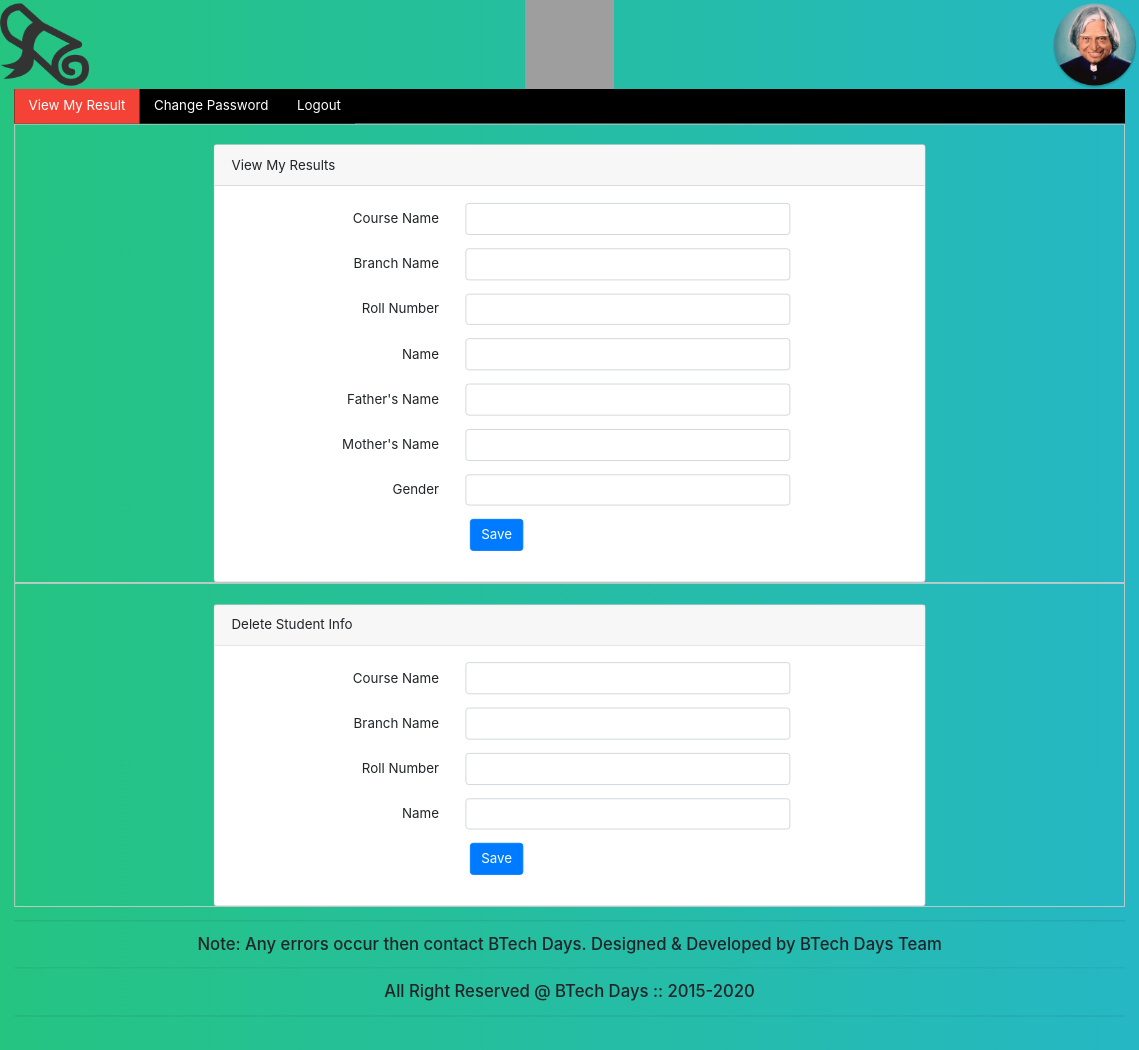
Repository: AlkaDas991/Dbms
Page: http://localhost/Student_Record_Management/studentHome.jsp
These files come from the project's save history. The page is drawn as it stood at one moment and after the next save; the edit follows.
The browser window is 1280 px wide. The pictures show the whole page, at 89% of full size.
Pictures or frames that could not be fetched are drawn as grey boxes. Some web fonts or font styles are not loaded; a fallback is used. Some web libraries are served in a nearby version. The page is served by Tomcat 9. Other server files are loaded and not shown. Queries for data that is not in the repository find no rows.

Above is the page before, as saved 2021-03-12 18:45:15.
Console error: TypeError: Cannot read properties of undefined (reading 'fn')

### Student Record Management/WebContent/studentHome.jsp
<%@include file="header.html"%>
<!DOCTYPE html>
<html>
<title>IIIT,BBSR</title>
<body>
<img src="logo.png"  align="left"width="100" height="100">
<center><img src="ng" width="100" height="100" position="absolute";
  clip = "rect(0px,60px,200px,0px)">
<img src="apj sir.png" align="right"  width="100" height="100"></center>
<div class="w3-container">
  <div class="w3-bar w3-black">
    <button class="w3-bar-item w3-button tablink w3-red" onclick="openCity(event,'London')">View My Result</button>
    <button class="w3-bar-item w3-button tablink" onclick="openCity(event,'Paris')">Change Password</button>
     <a href="dgiOneView.jsp" class="w3-bar-item w3-button tablink">Logout</a>
  </div>

  <div id="London" class="w3-container w3-border city">
  <br>
   <link href="//maxcdn.bootstrapcdn.com/bootstrap/4.1.1/css/bootstrap.min.css" rel="stylesheet" id="bootstrap-css">
<script src="//maxcdn.bootstrapcdn.com/bootstrap/4.1.1/js/bootstrap.min.js"></script>
<script src="//cdnjs.cloudflare.com/ajax/libs/jquery/3.2.1/jquery.min.js"></script>
<!------ Alright Include the above in your HEAD tag ---------->

<!doctype html>
<html lang="en">
<head>
    <!--OK Required meta tags -->
    <meta charset="utf-8">
    <meta name="viewport" content="width=device-width, initial-scale=1, shrink-to-fit=no">

    <!-- Fonts -->
    <link rel="dns-prefetch" href="https://fonts.gstatic.com">
    <link href="https://fonts.googleapis.com/css?family=Raleway:300,400,600" rel="stylesheet" type="text/css">



    <link rel="icon" href="Favicon.png">

    <!-- Bootstrap CSS -->
    <link rel="stylesheet" href="https://stackpath.bootstrapcdn.com/bootstrap/4.1.3/css/bootstrap.min.css">
</head>
<body>
<main class="my-form">
    <div class="cotainer">
        <div class="row justify-content-center">
            <div class="col-md-8">
                    <div class="card">
                        <div class="card-header">View My Results</div>
                        <div class="card-body">
                            <form name="my-form" onsubmit="return validform()" action="eachResult.jsp" method="post">
                                <div class="form-group row">
                                    <label for="full_name" class="col-md-4 col-form-label text-md-right">Course Name</label>
                                    <div class="col-md-6">
                                        <input type="text"  class="form-control" name="course">
                                    </div>
                                </div>

                                <div class="form-group row">
                                    <label for="email_address" class="col-md-4 col-form-label text-md-right">Branch Name</label>
                                    <div class="col-md-6">
                                        <input type="text"  class="form-control" name="branch">
                                    </div>
                                </div>

                                <div class="form-group row">
                                    <label for="user_name" class="col-md-4 col-form-label text-md-right">Roll Number</label>
                                    <div class="col-md-6">
                                        <input type="text" class="form-control" name="rollNo">
                                    </div>
                                </div>

                                <div class="form-group row">
                                    <label for="phone_number" class="col-md-4 col-form-label text-md-right">Name</label>
                                    <div class="col-md-6">
                                        <input type="text"  class="form-control" name="name">
                                    </div>
                                </div>

                                <div class="form-group row">
                                    <label for="present_address" class="col-md-4 col-form-label text-md-right">Father's Name</label>
                                    <div class="col-md-6">
                                        <input type="text"  class="form-control" name="fatherName">
                                    </div>
                                </div>

                                <div class="form-group row">
                                    <label for="present_address" class="col-md-4 col-form-label text-md-right">Mother's Name</label>
                                    <div class="col-md-6">
                                        <input type="text"  class="form-control" name="motherName">
                                    </div>
                                </div>

                                <div class="form-group row">
                                    <label for="permanent_address" class="col-md-4 col-form-label text-md-right">Gender</label>
                                    <div class="col-md-6">
                                        <input type="text" class="form-control" name="gender">
                                    </div>
                                </div>

                                    <div class="col-md-6 offset-md-4">
                                        <button type="submit" class="btn btn-primary">
                                        Save
                                        </button>
                                    </div>

                            </form>
                        </div>
                    </div>
            </div>
        </div>
    </div>
</main>

<script src="https://code.jquery.com/jquery-3.3.1.slim.min.js"></script>
<script src="https://cdnjs.cloudflare.com/ajax/libs/popper.js/1.14.3/umd/popper.min.js"></script>
<script src="https://stackpath.bootstrapcdn.com/bootstrap/4.1.3/js/bootstrap.min.js"></script>
</body>
  </div>
<!-- 2rd part -->
<div id="Beijing" class="w3-container w3-border city">
  <br>
   <link href="//maxcdn.bootstrapcdn.com/bootstrap/4.1.1/css/bootstrap.min.css" rel="stylesheet" id="bootstrap-css">
<script src="//maxcdn.bootstrapcdn.com/bootstrap/4.1.1/js/bootstrap.min.js"></script>
<script src="//cdnjs.cloudflare.com/ajax/libs/jquery/3.2.1/jquery.min.js"></script>
<!------ Alright Include the above in your HEAD tag ---------->

<!doctype html>
<html lang="en">
<head>
    <!--OK Required meta tags -->
    <meta charset="utf-8">
    <meta name="viewport" content="width=device-width, initial-scale=1, shrink-to-fit=no">

    <!-- Fonts -->
    <link rel="dns-prefetch" href="https://fonts.gstatic.com">
    <link href="https://fonts.googleapis.com/css?family=Raleway:300,400,600" rel="stylesheet" type="text/css">



    <link rel="icon" href="Favicon.png">

    <!-- Bootstrap CSS -->
    <link rel="stylesheet" href="https://stackpath.bootstrapcdn.com/bootstrap/4.1.3/css/bootstrap.min.css">
</head>
<body>
<main class="my-form">
    <div class="cotainer">
        <div class="row justify-content-center">
            <div class="col-md-8">
                    <div class="card">
                        <div class="card-header">Delete Student Info</div>
                        <div class="card-body">
                            <form name="my-form" onsubmit="return validform()" action="deleteStudent.jsp" method="post">
                                <div class="form-group row">
                                    <label for="full_name" class="col-md-4 col-form-label text-md-right">Course Name</label>
                                    <div class="col-md-6">
                                        <input type="text"  class="form-control" name="course">
                                    </div>
                                </div>

                                <div class="form-group row">
                                    <label for="email_address" class="col-md-4 col-form-label text-md-right">Branch Name</label>
                                    <div class="col-md-6">
                                        <input type="text"  class="form-control" name="branch">
                                    </div>
                                </div>

                                <div class="form-group row">
                                    <label for="user_name" class="col-md-4 col-form-label text-md-right">Roll Number</label>
                                    <div class="col-md-6">
                                        <input type="text" class="form-control" name="rollNo">
                                    </div>
                                </div>

                                <div class="form-group row">
                                    <label for="phone_number" class="col-md-4 col-form-label text-md-right">Name</label>
                                    <div class="col-md-6">
                                        <input type="text"  class="form-control" name="name">
                                    </div>
                                </div>

                                    <div class="col-md-6 offset-md-4">
                                        <button type="submit" class="btn btn-primary">
                                        Save
                                        </button>
                                    </div>

                            </form>
                        </div>
                    </div>
            </div>
        </div>
    </div>
</main>

<script src="https://code.jquery.com/jquery-3.3.1.slim.min.js"></script>
<script src="https://cdnjs.cloudflare.com/ajax/libs/popper.js/1.14.3/umd/popper.min.js"></script>
<script src="https://stackpath.bootstrapcdn.com/bootstrap/4.1.3/js/bootstrap.min.js"></script>
</body>
  </div>

  <div id="Paris" class="w3-container w3-border city" style="display:none">
  <br>
  <link href="//maxcdn.bootstrapcdn.com/bootstrap/4.1.1/css/bootstrap.min.css" rel="stylesheet" id="bootstrap-css">
<script src="//maxcdn.bootstrapcdn.com/bootstrap/4.1.1/js/bootstrap.min.js"></script>
<script src="//cdnjs.cloudflare.com/ajax/libs/jquery/3.2.1/jquery.min.js"></script>
<!------ Include the above in your HEAD tag ---------->

<!doctype html>
<html lang="en">
<head>
    <!-- Required meta tags -->
    <meta charset="utf-8">
    <meta name="viewport" content="width=device-width, initial-scale=1, shrink-to-fit=no">

    <!-- Fonts -->
    <link rel="dns-prefetch" href="https://fonts.gstatic.com">
    <link href="https://fonts.googleapis.com/css?family=Raleway:300,400,600" rel="stylesheet" type="text/css">



    <link rel="icon" href="Favicon.png">

    <!-- Bootstrap CSS -->
    <link rel="stylesheet" href="https://stackpath.bootstrapcdn.com/bootstrap/4.1.3/css/bootstrap.min.css">

</head>
<body>
<main class="my-form">
    <div class="cotainer">
        <div class="row justify-content-center">
            <div class="col-md-8">
                    <div class="card">
                        <div class="card-header">Insert New Result</div>
                        <div class="card-body">
                            <form name="my-form" onsubmit="return validform()" action="insertNewResult.jsp" method="">
                                <div class="form-group row">
                                    <label for="full_name" class="col-md-4 col-form-label text-md-right">Roll Number</label>
                                    <div class="col-md-6">
                                        <input type="text"class="form-control" name="rollNo">
                                    </div>
                                </div>

                                <div class="form-group row">
                                    <label for="email_address" class="col-md-4 col-form-label text-md-right">DAA</label>
                                    <div class="col-md-6">
                                        <input type="text"  class="form-control" name="DAA">
                                    </div>
                                </div>

                                <div class="form-group row">
                                    <label for="user_name" class="col-md-4 col-form-label text-md-right">DBMS</label>
                                    <div class="col-md-6">
                                        <input type="text"  class="form-control" name="DBMS">
                                    </div>
                                </div>

                                <div class="form-group row">
                                    <label for="phone_number" class="col-md-4 col-form-label text-md-right">COA</label>
                                    <div class="col-md-6">
                                        <input type="text"  class="form-control" name="COA">
                                    </div>
                                </div>

                                <div class="form-group row">
                                    <label for="present_address" class="col-md-4 col-form-label text-md-right">Discrete Maths</label>
                                    <div class="col-md-6">
                                        <input type="text"  class="form-control" name="DM">
                                    </div>
                                </div>

                                <div class="form-group row">
                                    <label for="permanent_address" class="col-md-4 col-form-label text-md-right">AMC</label>
                                    <div class="col-md-6">
                                        <input type="text"  class="form-control" name="AMC">
                                    </div>
                                </div>

                                 <div class="form-group row">
                                    <label for="permanent_address" class="col-md-4 col-form-label text-md-right">Communication Skills</label>
                                    <div class="col-md-6">
                                        <input type="text"  class="form-control" name="CS">
                                    </div>
                                </div>


                                    <div class="col-md-6 offset-md-4">
                                        <button type="submit" class="btn btn-primary">
                                       Save
                                        </button>
                                    </div>

                            </form>
                        </div>
                    </div>
            </div>
        </div>
        <br>
    </div>

</main>

<script src="https://code.jquery.com/jquery-3.3.1.slim.min.js"></script>
<script src="https://cdnjs.cloudflare.com/ajax/libs/popper.js/1.14.3/umd/popper.min.js"></script>
<script src="https://stackpath.bootstrapcdn.com/bootstrap/4.1.3/js/bootstrap.min.js"></script>
</body>
</html>
  </div>

  <div id="Tokyo" class="w3-container w3-border city" style="display:none">

<section>
  <!--for demo wrap-->
  <div class="tbl-header">
    <table cellpadding="0" cellspacing="0" border="0">
      <thead>
        <tr>
         <th>Course Name</th>
          <th>Branch Name</th>
          <th>Roll Number</th>
          <th>Name</th>
          <th>Father Name</th>
          <th>Gender</th>
        </tr>
      </thead>
    </table>
  </div>
  <div class="tbl-content">
    <table cellpadding="0" cellspacing="0" border="0">
      <tbody>
      	<%@page import = "Project.ConnectionProvider" %>
      	<%@page import = "java.sql.*" %>
      	<%
      		try{
      			Connection con = ConnectionProvider.getCon();
      			Statement st = con.createStatement();
      			ResultSet rs = st.executeQuery("select * from student");
      			while(rs.next()){

      	%>
        <tr>
        <!--get values from each column  -->
          <td><%=rs.getString(1)%></td>
          <td><%=rs.getString(2)%></td>
          <td><%=rs.getString(3)%></td>
          <td><%=rs.getString(4)%></td>
          <td><%=rs.getString(5)%></td>
          <td><%=rs.getString(6)%></td>
        </tr>
      </tbody>
      <%}}
      	catch(Exception e){

      	}
      %>
    </table>
  </div>
</section>
</div>
<div id="Tokyo1" class="w3-container w3-border city" style="display:none">

<section>
  <!--for demo wrap-->
  <div class="tbl-header">
    <table cellpadding="0" cellspacing="0" border="0">
      <thead>
        <tr>
          <th>Roll Number</th>
          <th>DAA</th>
          <th>DBMS</th>
          <th>COA</th>
          <th>DM</th>
          <th>AMC</th>
          <th>CS</th>
        </tr>
      </thead>
    </table>
  </div>
  <div class="tbl-content">
    <table cellpadding="0" cellspacing="0" border="0">
      <tbody>
      <%@page import = "Project.ConnectionProvider" %>
      <%@page import = "java.sql.*" %>
      <%
      	try{
      		Connection con = ConnectionProvider.getCon();
    		Statement st = con.createStatement();
    		ResultSet rs = st.executeQuery("select * from result");
      		while(rs.next()){
      %>
        <tr>
          <td><%=rs.getString(1)%></td>
          <td><%=rs.getString(2)%></td>
          <td><%=rs.getString(3)%></td>
          <td><%=rs.getString(4)%></td>
          <td><%=rs.getString(5)%></td>
          <td><%=rs.getString(6)%></td>
          <td><%=rs.getString(7)%></td>
        </tr>
      <%}}
      catch(Exception e){}
      %>
      </tbody>
    </table>
  </div>
</section>

</div>
    <hr class="new1">
 <center><h5>Note: Any errors occur then contact BTech Days.
Designed & Developed by BTech Days Team</h5></center>
  <hr class="new1">
<center><h5>All Right Reserved @ BTech Days :: 2015-2020</h5></center>
  <hr class="new1">
<br>
</body>
</html>

### Student Record Management/src/Project/ConnectionProvider.java
package Project;
import java.sql.*;
public class ConnectionProvider {
	public static Connection getCon() {
		try {
			Class.forName("oracle.jdbc.driver.OracleDriver");
			Connection con = DriverManager.getConnection("jdbc:oracle:thin:@localhost:1521:XE","system","manager");
			return con;
		}
		catch(Exception e){
			System.out.println(e);
			return null;
		}
	}
}

Loaded but not shown: Student Record Management/WebContent/header.html (355 lines, source omitted)

After the next save:
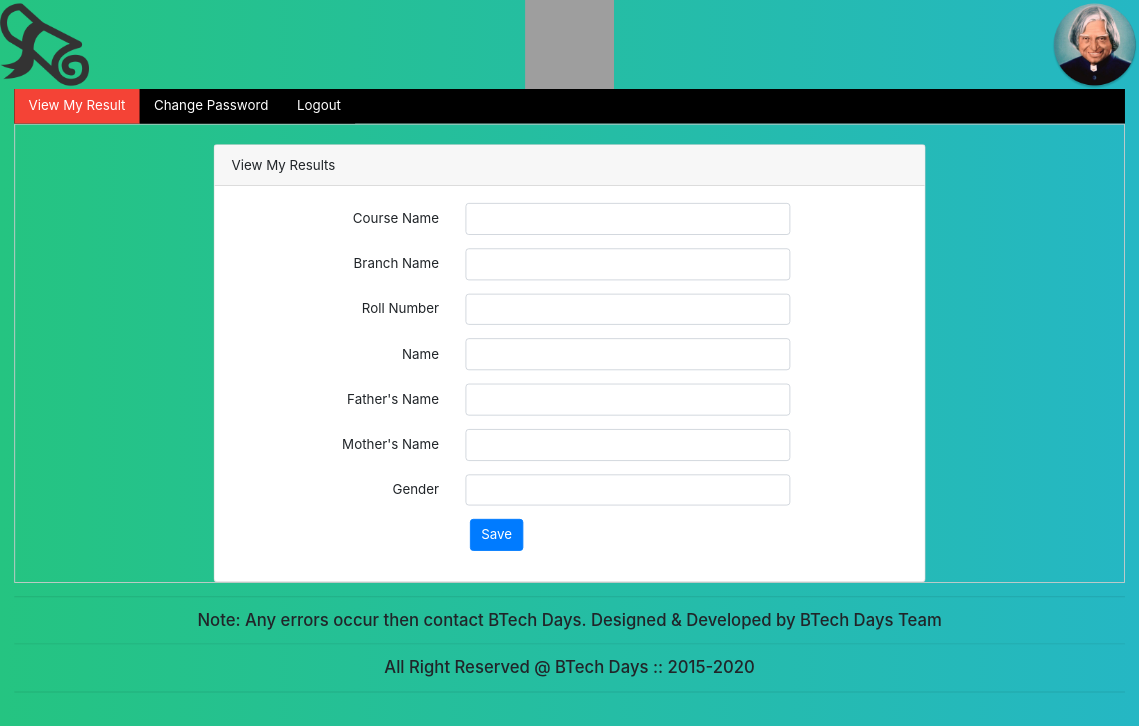
Saved 27 s later.
--- a/Student Record Management/WebContent/studentHome.jsp
+++ b/Student Record Management/WebContent/studentHome.jsp
@@ -117,17 +117,18 @@
 </body>
   </div>
 <!-- 2rd part -->
-<div id="Beijing" class="w3-container w3-border city">
+
+  <div id="Paris" class="w3-container w3-border city" style="display:none">
   <br>
-   <link href="//maxcdn.bootstrapcdn.com/bootstrap/4.1.1/css/bootstrap.min.css" rel="stylesheet" id="bootstrap-css">
+  <link href="//maxcdn.bootstrapcdn.com/bootstrap/4.1.1/css/bootstrap.min.css" rel="stylesheet" id="bootstrap-css">
 <script src="//maxcdn.bootstrapcdn.com/bootstrap/4.1.1/js/bootstrap.min.js"></script>
 <script src="//cdnjs.cloudflare.com/ajax/libs/jquery/3.2.1/jquery.min.js"></script>
-<!------ Alright Include the above in your HEAD tag ---------->
+<!------ Include the above in your HEAD tag ---------->
 
 <!doctype html>
 <html lang="en">
 <head>
-    <!--OK Required meta tags -->
+    <!-- Required meta tags -->
     <meta charset="utf-8">
     <meta name="viewport" content="width=device-width, initial-scale=1, shrink-to-fit=no">
 
@@ -141,6 +142,7 @@
 
     <!-- Bootstrap CSS -->
     <link rel="stylesheet" href="https://stackpath.bootstrapcdn.com/bootstrap/4.1.3/css/bootstrap.min.css">
+
 </head>
 <body>
 <main class="my-form">
@@ -148,90 +150,7 @@
         <div class="row justify-content-center">
             <div class="col-md-8">
                     <div class="card">
-                        <div class="card-header">Delete Student Info</div>
-                        <div class="card-body">
-                            <form name="my-form" onsubmit="return validform()" action="deleteStudent.jsp" method="post">
-                                <div class="form-group row">
-                                    <label for="full_name" class="col-md-4 col-form-label text-md-right">Course Name</label>
-                                    <div class="col-md-6">
-                                        <input type="text"  class="form-control" name="course">
-                                    </div>
-                                </div>
-
-                                <div class="form-group row">
-                                    <label for="email_address" class="col-md-4 col-form-label text-md-right">Branch Name</label>
-                                    <div class="col-md-6">
-                                        <input type="text"  class="form-control" name="branch">
-                                    </div>
-                                </div>
-
-                                <div class="form-group row">
-                                    <label for="user_name" class="col-md-4 col-form-label text-md-right">Roll Number</label>
-                                    <div class="col-md-6">
-                                        <input type="text" class="form-control" name="rollNo">
-                                    </div>
-                                </div>
-
-                                <div class="form-group row">
-                                    <label for="phone_number" class="col-md-4 col-form-label text-md-right">Name</label>
-                                    <div class="col-md-6">
-                                        <input type="text"  class="form-control" name="name">
-                                    </div>
-                                </div>
-
-                                    <div class="col-md-6 offset-md-4">
-                                        <button type="submit" class="btn btn-primary">
-                                        Save
-                                        </button>
-                                    </div>
-
-                            </form>
-                        </div>
-                    </div>
-            </div>
-        </div>
-    </div>
-</main>
-
-<script src="https://code.jquery.com/jquery-3.3.1.slim.min.js"></script>
-<script src="https://cdnjs.cloudflare.com/ajax/libs/popper.js/1.14.3/umd/popper.min.js"></script>
-<script src="https://stackpath.bootstrapcdn.com/bootstrap/4.1.3/js/bootstrap.min.js"></script>
-</body>
-  </div>
-
-  <div id="Paris" class="w3-container w3-border city" style="display:none">
-  <br>
-  <link href="//maxcdn.bootstrapcdn.com/bootstrap/4.1.1/css/bootstrap.min.css" rel="stylesheet" id="bootstrap-css">
-<script src="//maxcdn.bootstrapcdn.com/bootstrap/4.1.1/js/bootstrap.min.js"></script>
-<script src="//cdnjs.cloudflare.com/ajax/libs/jquery/3.2.1/jquery.min.js"></script>
-<!------ Include the above in your HEAD tag ---------->
-
-<!doctype html>
-<html lang="en">
-<head>
-    <!-- Required meta tags -->
-    <meta charset="utf-8">
-    <meta name="viewport" content="width=device-width, initial-scale=1, shrink-to-fit=no">
-
-    <!-- Fonts -->
-    <link rel="dns-prefetch" href="https://fonts.gstatic.com">
-    <link href="https://fonts.googleapis.com/css?family=Raleway:300,400,600" rel="stylesheet" type="text/css">
-
-
-
-    <link rel="icon" href="Favicon.png">
-
-    <!-- Bootstrap CSS -->
-    <link rel="stylesheet" href="https://stackpath.bootstrapcdn.com/bootstrap/4.1.3/css/bootstrap.min.css">
-
-</head>
-<body>
-<main class="my-form">
-    <div class="cotainer">
-        <div class="row justify-content-center">
-            <div class="col-md-8">
-                    <div class="card">
-                        <div class="card-header">Insert New Result</div>
+                        <div class="card-header">Chaneg Password</div>
                         <div class="card-body">
                             <form name="my-form" onsubmit="return validform()" action="insertNewResult.jsp" method="">
                                 <div class="form-group row">
